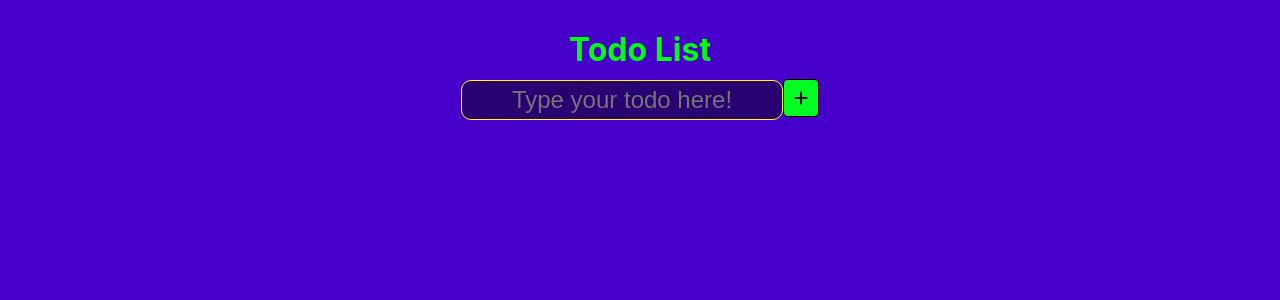
Repository: badhon252/todo-app
Page: /
These files come from the project's save history. The page is drawn as it stood at one moment and after the next save; the edit follows.
The browser window is 1280 px wide. The pictures show the whole page.
The project was rebuilt for these pictures with package versions that can differ from the ones it lists, and the page was loaded fresh each time.

Above is the page before, as saved 2022-01-26 14:23:09.

After the next save:
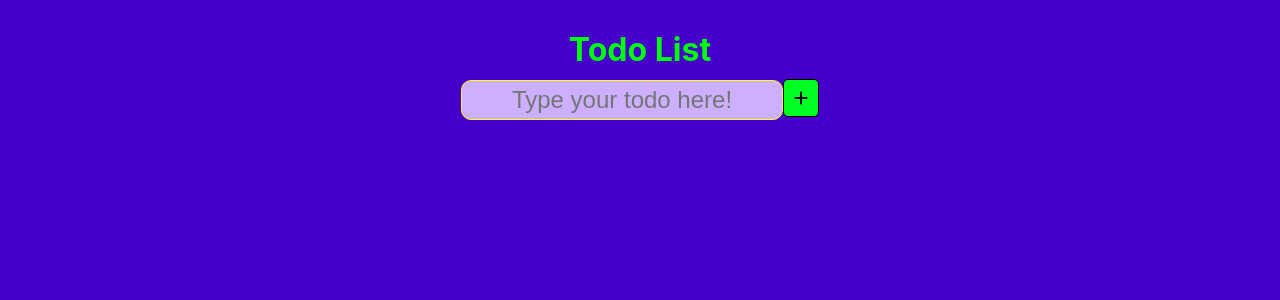
Saved 61 s later.
--- a/src/Styles/style.css
+++ b/src/Styles/style.css
@@ -12,11 +12,11 @@ h1 {
   color: #00ff0d;
 }
 #input-box {
-  color: #ffffff;
+  color: #000000;
   padding: 5px;
   font-size: 1.5rem;
   border: 1px solid yellow;
-  background-color: #280072;
+  background-color: #ccb0ff;
   border-radius: 10px;
   text-align: center;
 }
